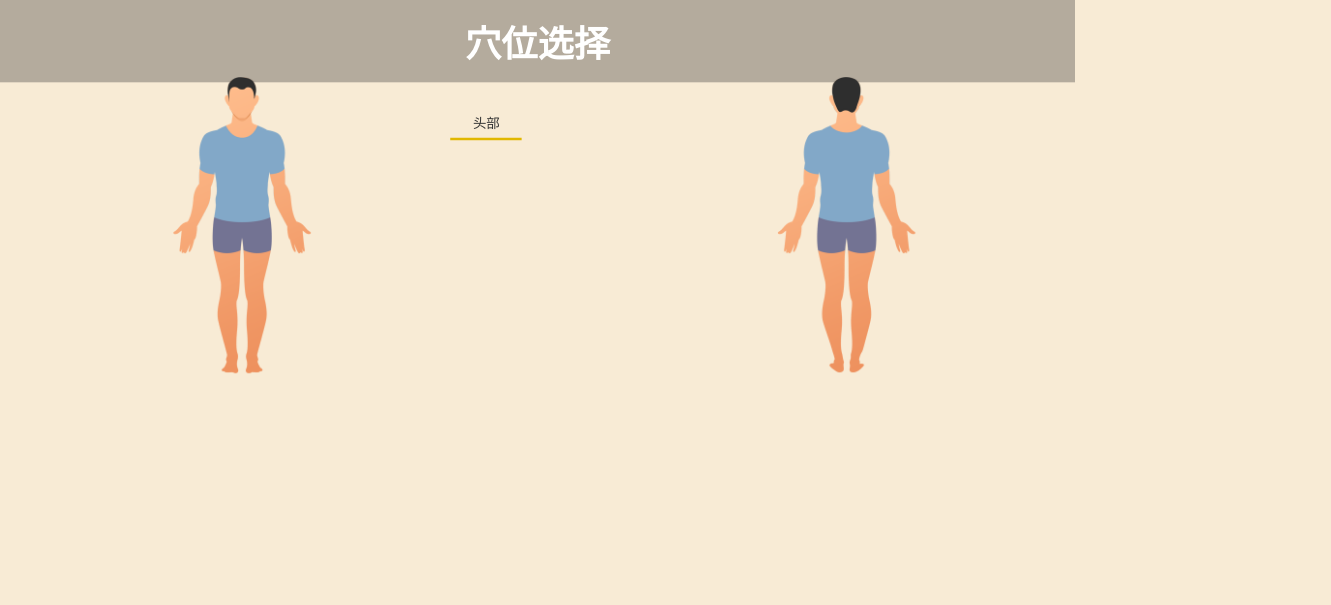
Repository: chjyume/zhongyi
Page: xuewei.html
An editor plug-in stored every save of this project. The page is shown before and after the next save, followed by the edit.
The browser window is 1280 px wide. The page is 1280 px wide, then 1584 px, so the pictures cover 1584 px, including what lies to the right of the window. The pictures show the whole page, at 84% of full size.

Above is the page before, as saved 2023-09-12 20:13:07.

After the next save:
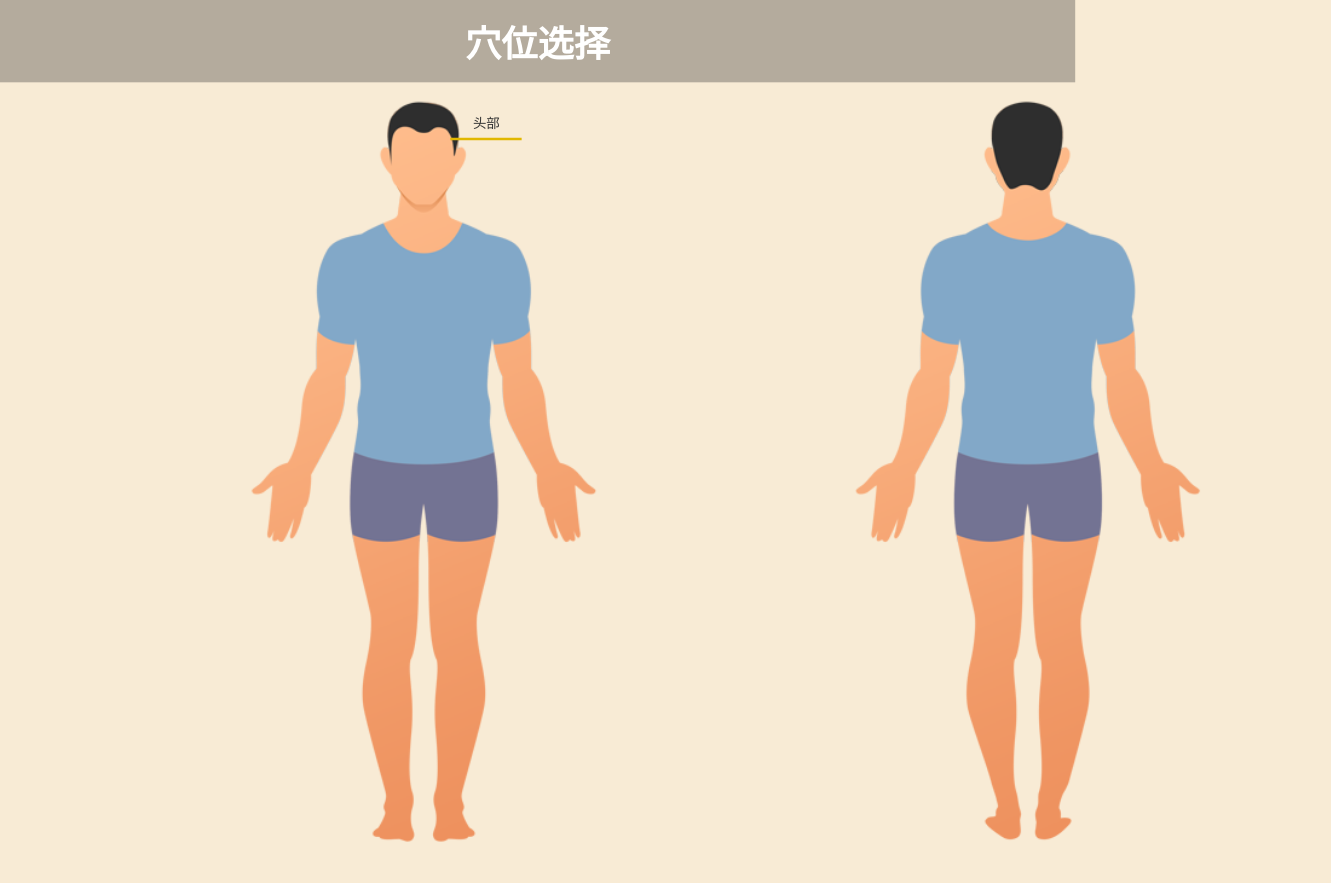
Saved 14 s later.
--- a/css/xuewei.css
+++ b/css/xuewei.css
@@ -21,14 +21,14 @@ margin: 0;
 }
 
 .img1{
-    width: 40vh;
+    width: 100vh;
     position: absolute;
     top:10vh;
     left:20vh;
     z-index: 1;
 }
 .img2 {
-    width: 40vh;
+    width: 100vh;
     position: absolute;
     top: 10vh;
     left: 120vh;
